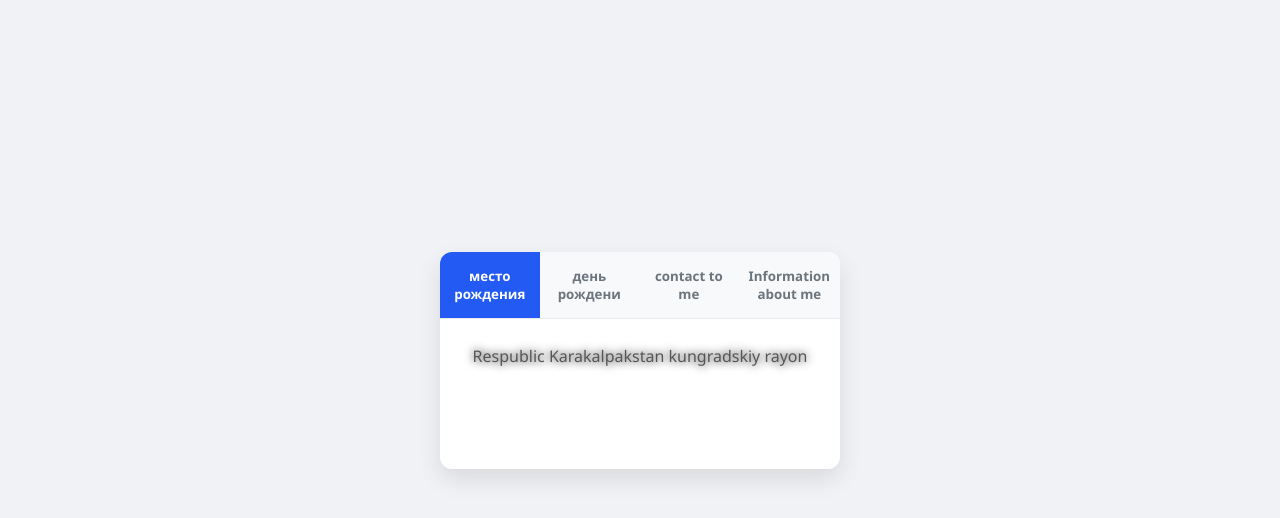
Repository: atamuratov777/info-about-me
Page: index.html
The author's editor kept a copy of each file at every save. The page is drawn from the files as they stood at one save, then again after the next save.
The browser window is 1280 px wide. The pictures show the whole page.

Above is the page before, as saved 2026-06-20 15:07:34.

### index.html
<!DOCTYPE html>
<html lang="en">

<head>
    <link rel="stylesheet" href="./style.css">
    <meta charset="UTF-8">
    <meta name="viewport" content="width=device-width, initial-scale=1.0">
    <title>Document</title>
</head>

<body>

    <div class="card">
        <div class="card_top">
            <button class="btn active" onclick="{clickBtn(1)}">место рождения</button>
            <button class="btn " onclick="{clickBtn(2)}">день рождени</button>
            <button class="btn " onclick="{clickBtn(3)}">contact to me</button>
            <button class="btn " onclick="{clickBtn(4)}">Information about me</button>
        </div>


        <div class="card_bottom">
            <div class="text1 active">

                <p>Respubliс Karakalpakstan kungradskiy rayon</p>
            </div>

            <div class="text1">

                <p> 2011-15-May </p>
            </div>

            <div class="text1">

                <p> my-self(+998 91 098 87 11)
                    my-mom(+998 91 260 12 15)
                my-dad(+998 91 098 04 03)</p>
            </div>

            <div class="text1">

                <p> I study at school 53 and at the IT center.</p>
            </div>
        </div>

        <script src="./script.js"></script>
</body>

</html>

### style.css
* {
    margin: 0;
    padding: 0;
    box-sizing: border-box;
    font-family: 'Segoe UI', Tahoma, Geneva, Verdana, sans-serif;
}

body {
    background-color: #f0f2f5;
    display: flex;
    align-items: center;
    justify-content: center;
    height: 100vh;
}

.card {
    background-color: white;
    width: 400px;
    border-radius: 12px;
    box-shadow: 0 10px 25px rgba(0, 0, 0, 0.1);
    overflow: hidden;
}

.card_top {
    display: grid;
    grid-template-columns: repeat(4, 1fr);
    background-color: #f8f9fa;
    border-bottom: 1px solid #e9ecef;
}

.btn {
    border: none;
    background: none;
    padding: 15px 10px;
    cursor: pointer;
    font-weight: 600;
    color: #6c757d;
    transition: all 0.3s ease;
}

.btn.active {
    background-color: #225af3;
    color: white;
}

.btn:hover:not(.active) {
    background-color: #e9ecef;
}

.card_bottom {
    padding: 25px;
    min-height: 150px;
}

.text1 {
    display: none;
    animation: fadeIn 0.3s ease;
}

.text1.active {
    display: block;
}



.text1 p {
    color: #555;
    line-height: 1.6;
    text-align: center;
    text-shadow: 0px 0px 10px black;
}

@keyframes fadeIn {
    from { opacity: 0; transform: translateY(10px); }
    to { opacity: 1; transform: translateY(0); }
}

### script.js
const btns = document.getElementsByClassName("btn")
const texts = document.getElementsByClassName("text1")

const clickBtn = function (e) {
    btns[0].classList.add("active")
    btns[1].classList.add("active")
    btns[2].classList.add("active")
    btns[3].classList.add("active")
    btns[0].classList.remove("active")
    btns[1].classList.remove("active")
    btns[2].classList.remove("active")
    btns[3].classList.remove("active")
    texts[0].classList.add("active")
    texts[1].classList.add("active")
    texts[2].classList.add("active")
    texts[3].classList.add("active")
    texts[0].classList.remove("active")
    texts[1].classList.remove("active")
    texts[2].classList.remove("active")
    texts[3].classList.remove("active")
    btns[e - 1].classList.add("active")
    texts[e - 1].classList.add("active")

}

After the next save:
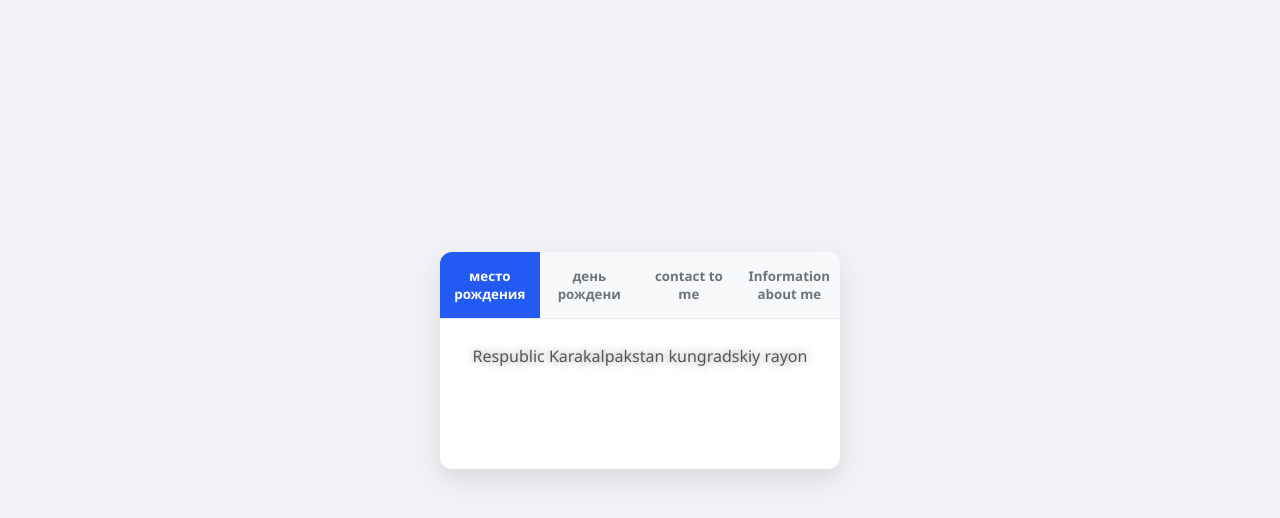
Saved 6 s later.
--- a/style.css
+++ b/style.css
@@ -67,7 +67,7 @@ body {
     color: #555;
     line-height: 1.6;
     text-align: center;
-    text-shadow: 0px 0px 10px black;
+    text-shadow: 0px 0px 10px rgba(0, 0, 0, 0.438);
 }
 
 @keyframes fadeIn {
